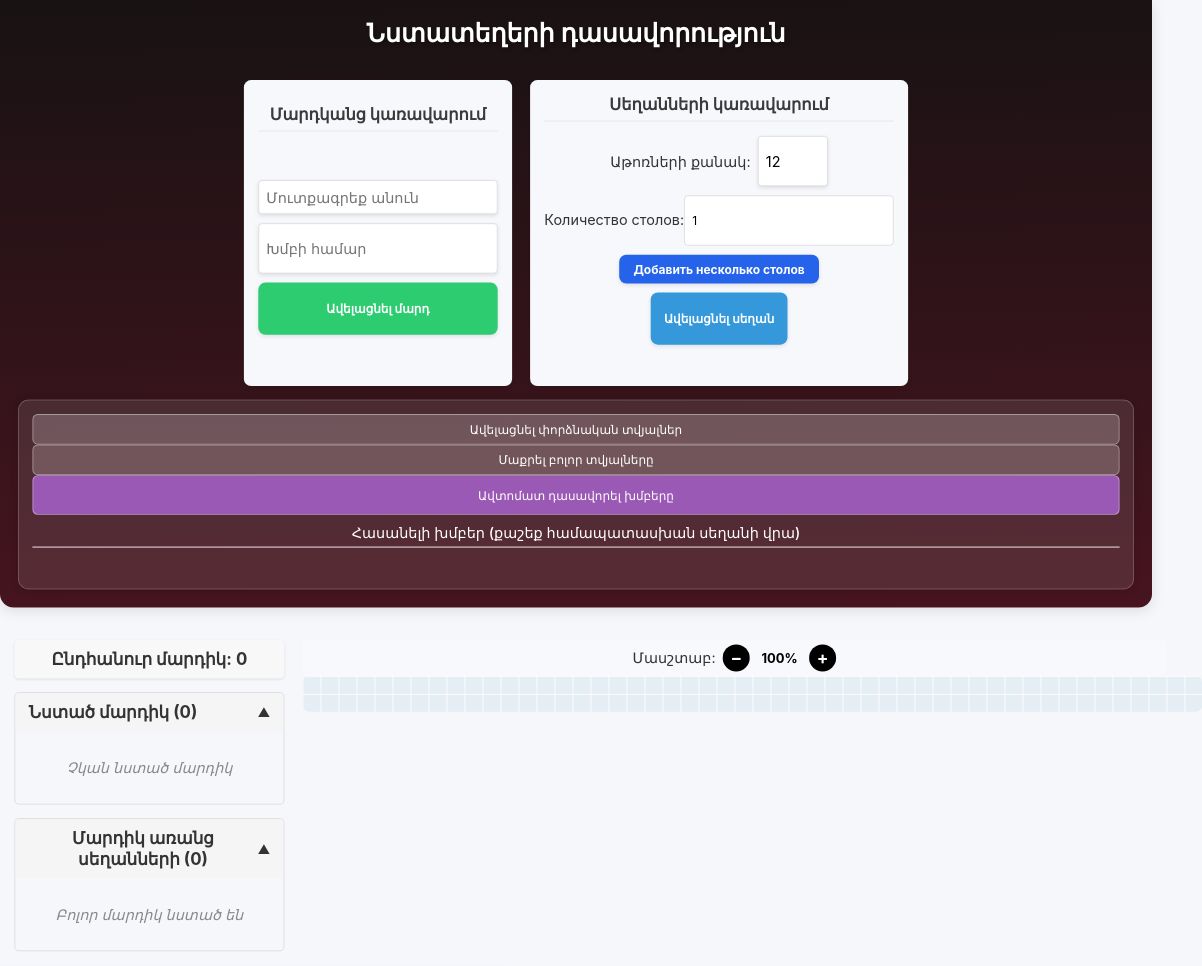
Repository: Vahan-23/Table-V2
Page: /
The author's editor kept a copy of each file at every save. The page is drawn from the files as they stood at one save, then again after the next save.
The browser window is 1280 px wide. The page is 1336 px wide, so the pictures cover 1336 px, including what lies to the right of the window. The pictures show the whole page, at 90% of full size.
The project was rebuilt for these pictures with package versions that can differ from the ones it lists, and the page was loaded fresh each time.

Above is the page before, as saved 2025-03-03 12:39:50.

After the next save:
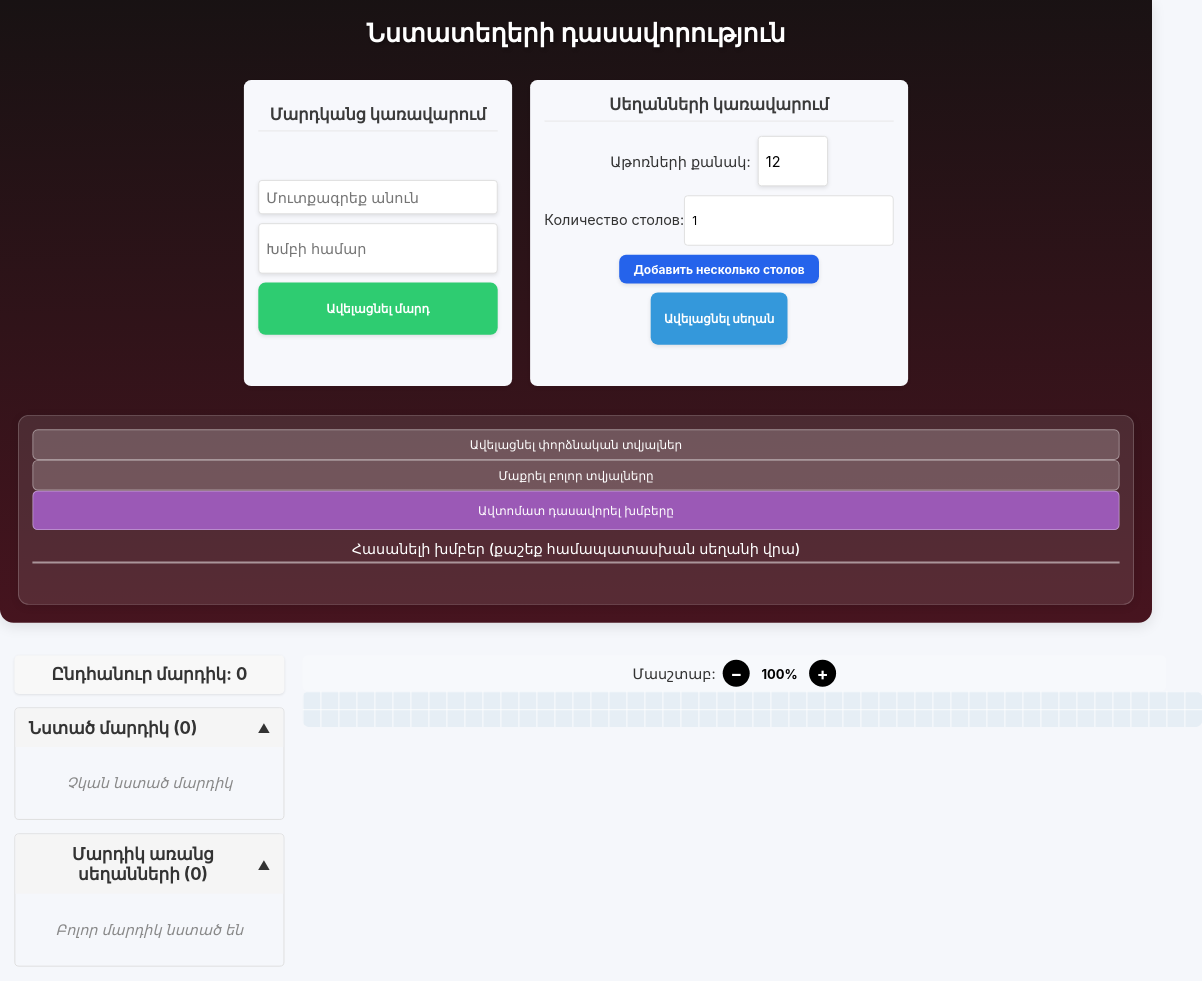
Saved 18 s later.
--- a/src/component/App.css
+++ b/src/component/App.css
@@ -29,11 +29,12 @@ body {
   justify-content: space-between;
   align-items: center;
   max-width: 1600px;
-  margin: 0 auto;
+  margin: 0 auto 2rem;
   width: 100%;
   flex-direction: column;
-}
-
+  position: relative;
+  z-index: 1;
+}
 .logo {
   color: white;
   font-size: 28px;
